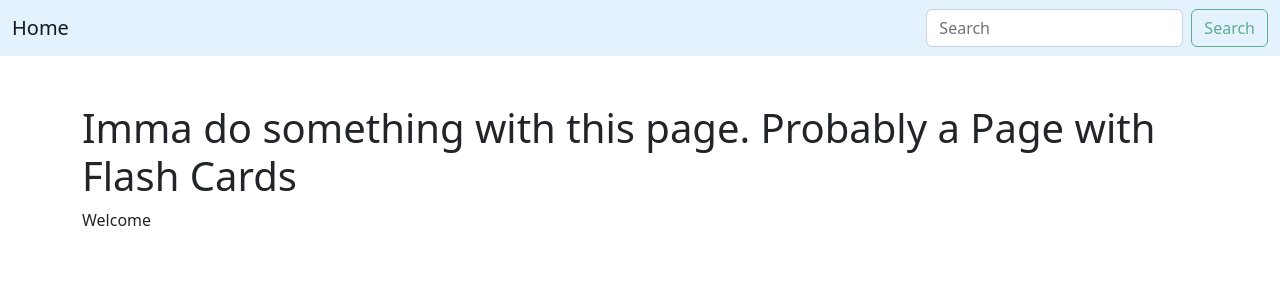
Repository: Junholee369/Junho_Lee_Capstone
Page: http://localhost/index
These files come from the project's save history. The page is drawn as it stood at one moment and after the next save; the edit follows.
The browser window is 1280 px wide. The pictures show the whole page.
The page is this project's Thymeleaf template; nobody is signed in. The template is opened directly, without the code that normally fills it, so the values that code supplies are empty.

Above is the page before, as saved 2022-06-24 16:25:51.

After the next save:
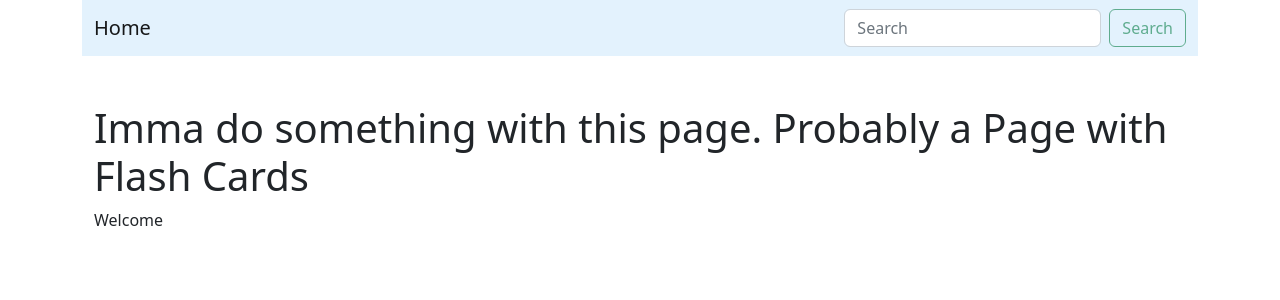
Saved 4 s later.
--- a/Inventory_Management_Capstone/src/main/resources/templates/index.html
+++ b/Inventory_Management_Capstone/src/main/resources/templates/index.html
@@ -12,7 +12,7 @@
 	crossorigin="anonymous" />
 
 </head>
-<body>
+<body class = "container">
 	<!-- create navigation bar ( header) -->
 
 	<nav class="navbar navbar-expand-lg sticky-top" style="background-color: #e3f2fd;">
